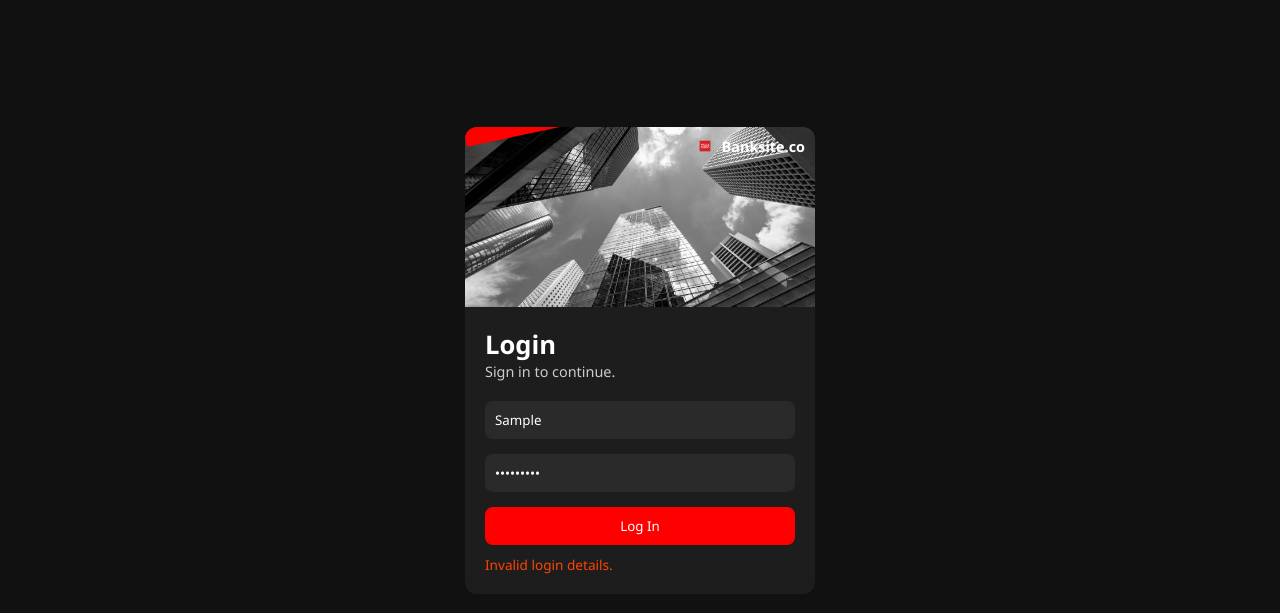
Repository: trenzyfx1/Wells-fargo-bank
Page: index.html
These files come from the project's save history. The page is drawn as it stood at one moment and after the next save; the edit follows.
The browser window is 1280 px wide. The pictures show the whole page.
Empty fields were first filled with sample values (such as "Sample", 5 or name@example.com).
After loading, the first visible `button` was clicked once.

Above is the page before, as saved 2025-06-17 14:13:33.

After the next save:
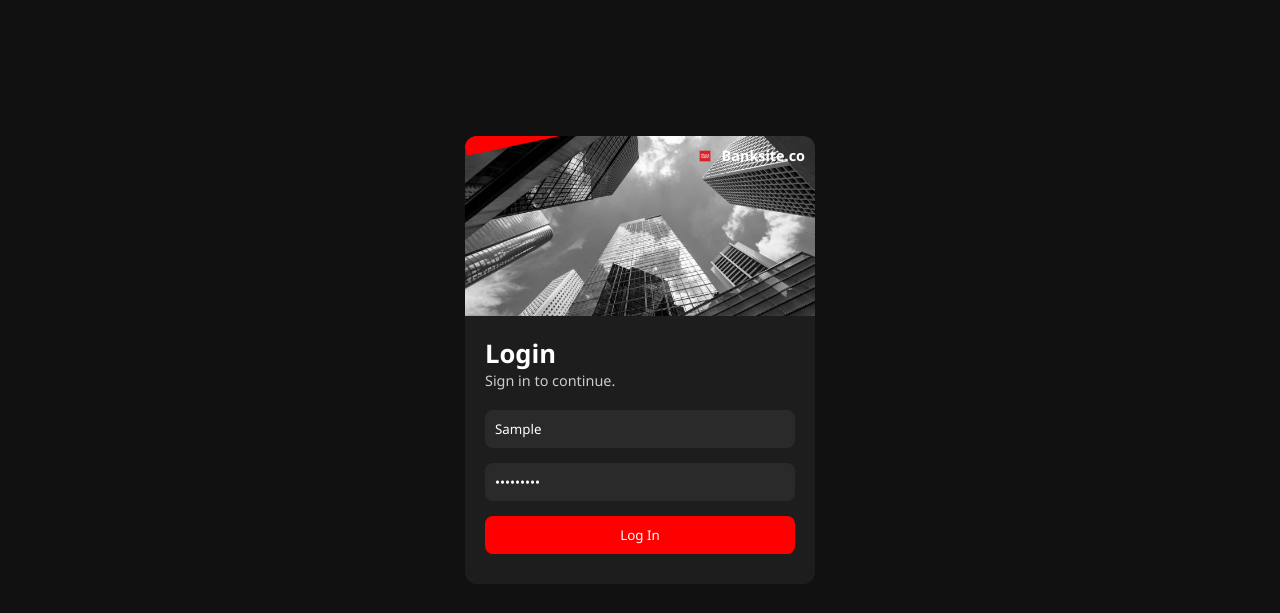
Console error: ReferenceError: grecaptcha is not defined
Saved 21 s later.
--- a/JS/script.js
+++ b/JS/script.js
@@ -1,16 +1,23 @@
 function login() {
-    const correctUsername = "Jiora Martins";
-    const correctPassword = "sususu";
+  const correctUsername = "Jiora Martins";
+  const correctPassword = "sususu";
 
-    const username = document.getElementById("username").value.trim();
-    const password = document.getElementById("password").value.trim();
+  const username = document.getElementById("username").value.trim();
+  const password = document.getElementById("password").value.trim();
+  const errorMsg = document.getElementById("error-message");
 
-    const errorMsg = document.getElementById("error-message");
+  const captchaResponse = grecaptcha.getResponse(); // Check CAPTCHA
 
-    if (username === correctUsername && password === correctPassword) {
-        // Redirect to dummy bank homepage
-        window.location.href = "homepage.html";
-    } else {
-        errorMsg.textContent = "Invalid login details.";
-    }
+  // CAPTCHA not checked
+  if (!captchaResponse) {
+    errorMsg.textContent = "Please verify you're not a robot.";
+    return;
+  }
+
+  // Validate credentials
+  if (username === correctUsername && password === correctPassword) {
+    window.location.href = "homepage.html"; // Dummy redirect
+  } else {
+    errorMsg.textContent = "Invalid login details.";
+  }
 }

After the save that followed:
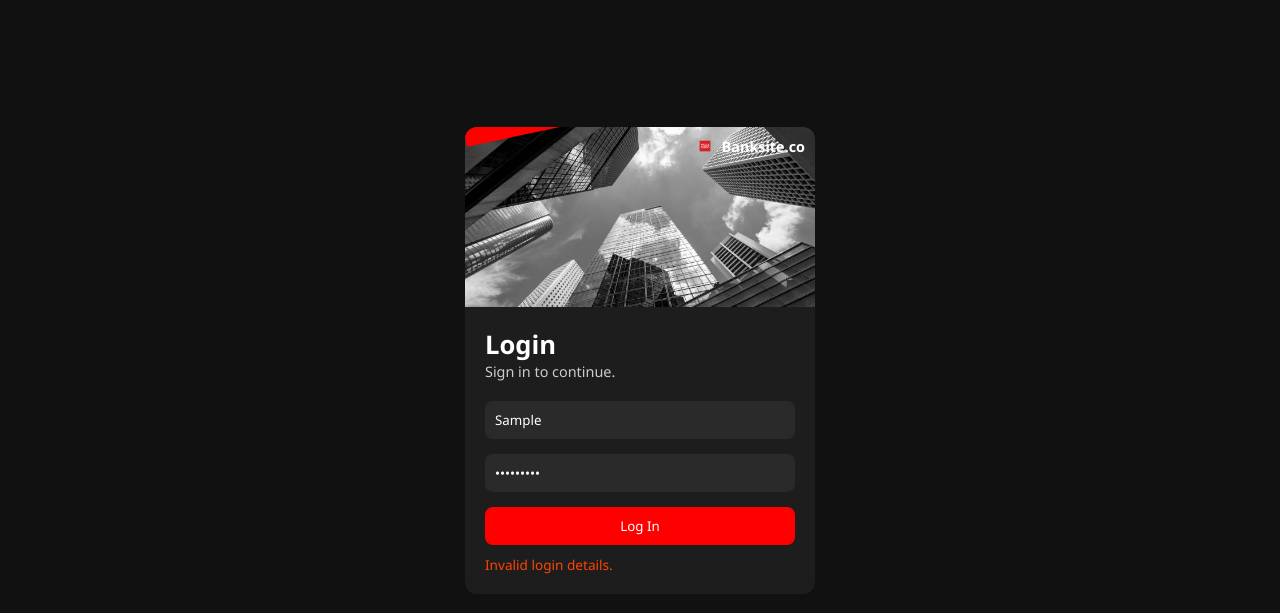
The error is gone.
Saved 16 s later.
--- a/JS/script.js
+++ b/JS/script.js
@@ -1,23 +1,16 @@
 function login() {
-  const correctUsername = "Jiora Martins";
-  const correctPassword = "sususu";
+    const correctUsername = "Jiora Martins";
+    const correctPassword = "sususu";
 
-  const username = document.getElementById("username").value.trim();
-  const password = document.getElementById("password").value.trim();
-  const errorMsg = document.getElementById("error-message");
+    const username = document.getElementById("username").value.trim();
+    const password = document.getElementById("password").value.trim();
 
-  const captchaResponse = grecaptcha.getResponse(); // Check CAPTCHA
+    const errorMsg = document.getElementById("error-message");
 
-  // CAPTCHA not checked
-  if (!captchaResponse) {
-    errorMsg.textContent = "Please verify you're not a robot.";
-    return;
-  }
-
-  // Validate credentials
-  if (username === correctUsername && password === correctPassword) {
-    window.location.href = "homepage.html"; // Dummy redirect
-  } else {
-    errorMsg.textContent = "Invalid login details.";
-  }
+    if (username === correctUsername && password === correctPassword) {
+        // Redirect to dummy bank homepage
+        window.location.href = "homepage.html";
+    } else {
+        errorMsg.textContent = "Invalid login details.";
+    }
 }
